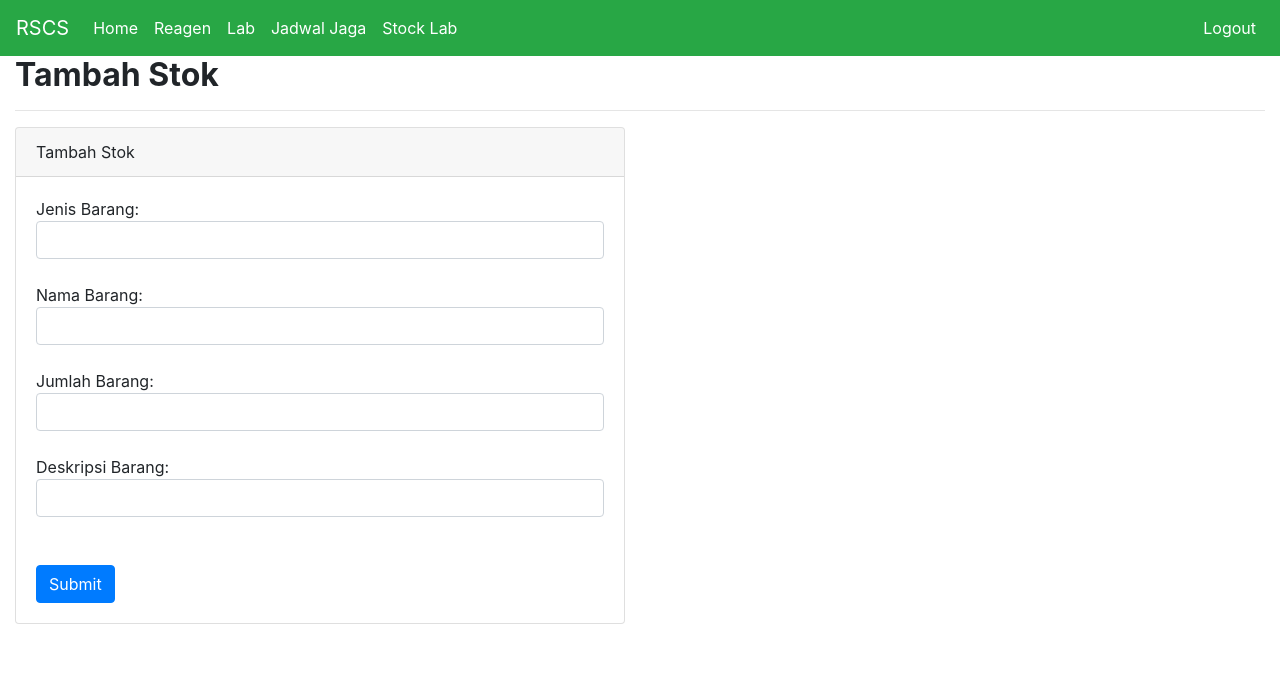
Repository: usamah1707/Tugas-Akhir-Kelompok-6
Page: http://localhost/add-stok
The author's editor kept a copy of each file at every save. The page is drawn from the files as they stood at one save, then again after the next save.
The browser window is 1280 px wide. The pictures show the whole page.
The page is this project's Thymeleaf template; nobody is signed in. The template is opened directly, without the code that normally fills it, so the values that code supplies are empty.

Above is the page before, as saved 2019-06-04 04:08:10.

After the next save:
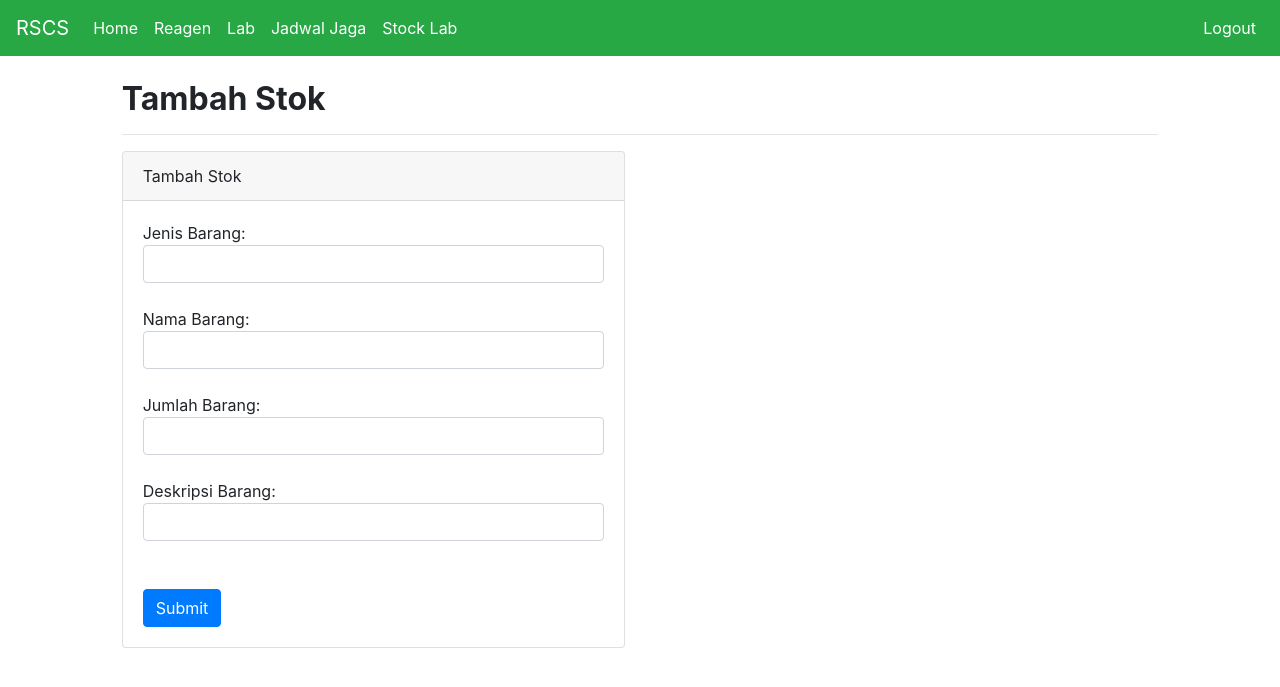
Saved 52 s later.
--- a/TA_6/src/main/resources/templates/add-stok.html
+++ b/TA_6/src/main/resources/templates/add-stok.html
@@ -12,6 +12,12 @@
     <nav th:replace="fragments/fragment :: navbar"></nav>
 
     <div class="container-fluid">
+
+    <div class="row">
+            <span class="col-md-1"></span>
+            <div class="col-md-10">
+                    <br>
+
          <h2><strong>Tambah Stok</strong></h2>
             <hr>
         <div class="row">
